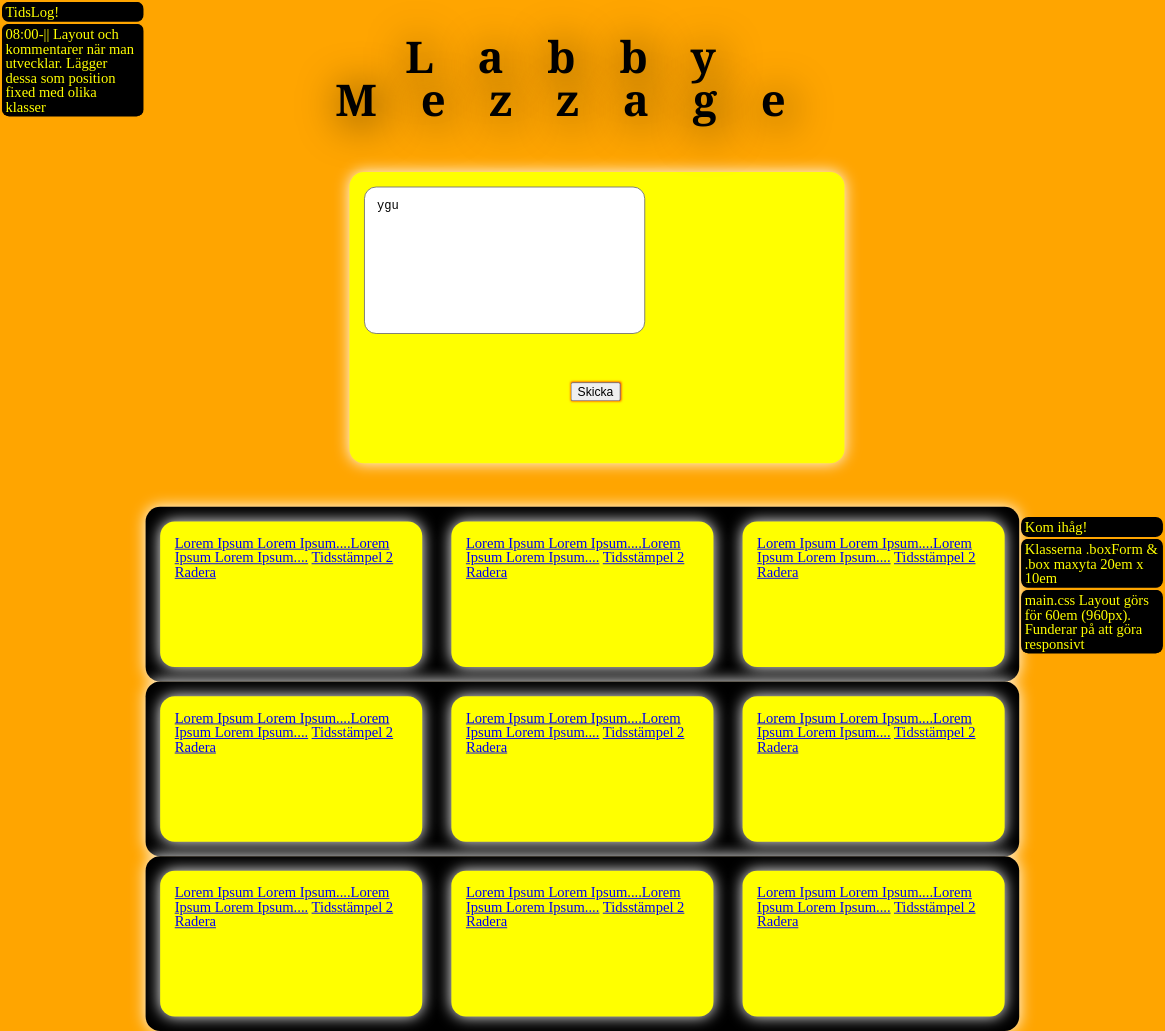
Repository: AndreasAnemyrLNU/1dv403-laborationer-AA223IG
Page: 2-labbymezzage/index.html
The author's editor kept a record of every edit. The page is drawn from the files as they stood at one moment, then again after the next edit.
The browser window is 1280 px wide. The pictures show the whole page, at 91% of full size.

Above is the page before.

### 2-labbymezzage/index.html
<!DOCTYPE html>
<html lang="sv">
    <head>
        <link rel="stylesheet" href="css/main.css" type="text/css" />
        <meta charset="utf-8">
    </head>
    <body>
<!--******************************************************************************************-->
<!--******************************************************************************************-->
        <div class="z fixedRight fixedBottom">
            <p>Kom ihåg!</p>
            <p>Klasserna .boxForm & .box maxyta 20em x 10em</p>
            <p>main.css Layout görs för 60em (960px). Funderar på att göra responsivt</p>
        </div>

        <div class="z">
            <p>TidsLog!</p>
            <p>08:00-|| Layout och kommentarer när man utvecklar. Lägger dessa som position fixed med olika klasser</p>
        </div>
<!--******************************************************************************************-->
<!--******************************************************************************************-->

        <div id="Wrapper">

                <h1>Labby Mezzage</h1>

                <div class="formContainer">
                    <div class="boxForm">
                        <form id="messageForm">
                            <textarea>ygu</textarea>
                            <input id="submit" type="submit" value="Skicka"/>
                        </form>
                    </div>
                </div>

                <div class="messageBoard">

                    <div class="messageContainer">

                        <div class="box">
                            <article class="message">
                                <a class="message block" href="#">Lorem Ipsum Lorem Ipsum....Lorem Ipsum Lorem Ipsum....</a>
                                <a href="#">Tidsstämpel 2 </a><a href="#">Radera</a>
                            </article>
                        </div>

                        <div class="box">
                            <article class="message">
                                <a class="message block" href="#">Lorem Ipsum Lorem Ipsum....Lorem Ipsum Lorem Ipsum....</a>
                                <a href="#">Tidsstämpel 2 </a><a href="#">Radera</a>
                            </article>
                        </div>

                        <div class="box">
                            <article class="message">
                                <a class="message block" href="#">Lorem Ipsum Lorem Ipsum....Lorem Ipsum Lorem Ipsum....</a>
                                <a href="#">Tidsstämpel 2 </a><a href="#">Radera</a>
                            </article>
                        </div>

                    </div>

                    <div class="messageContainer">

                        <div class="box">
                            <article class="message">
                                <a class="message block" href="#">Lorem Ipsum Lorem Ipsum....Lorem Ipsum Lorem Ipsum....</a>
                                <a href="#">Tidsstämpel 2 </a><a href="#">Radera</a>
                            </article>
                        </div>

                        <div class="box">
                            <article class="message">
                                <a class="message block" href="#">Lorem Ipsum Lorem Ipsum....Lorem Ipsum Lorem Ipsum....</a>
                                <a href="#">Tidsstämpel 2 </a><a href="#">Radera</a>
                            </article>
                        </div>

                        <div class="box">
                            <article class="message">
                                <a class="message block" href="#">Lorem Ipsum Lorem Ipsum....Lorem Ipsum Lorem Ipsum....</a>
                                <a href="#">Tidsstämpel 2 </a><a href="#">Radera</a>
                            </article>
                        </div>

                    </div>

                    <div class="messageContainer">

                        <div class="box">
                            <article class="message">
                                <a class="message block" href="#">Lorem Ipsum Lorem Ipsum....Lorem Ipsum Lorem Ipsum....</a>
                                <a href="#">Tidsstämpel 2 </a><a href="#">Radera</a>
                            </article>
                        </div>

                        <div class="box">
                            <article class="message">
                                <a class="message block" href="#">Lorem Ipsum Lorem Ipsum....Lorem Ipsum Lorem Ipsum....</a>
                                <a href="#">Tidsstämpel 2 </a><a href="#">Radera</a>
                            </article>
                        </div>

                        <div class="box">
                            <article class="message">
                                <a class="message block" href="#">Lorem Ipsum Lorem Ipsum....Lorem Ipsum Lorem Ipsum....</a>
                                <a href="#">Tidsstämpel 2 </a><a href="#">Radera</a>
                            </article>
                        </div>

                    </div>

                </div>




        </div>

        <!--<script type="text/javascript" src="js/addEvent.js"></script>-->
        <script type="text/javascript" src="js/run.js"></script>
        <script type="text/javascript" src="js/Message.js"></script>
    </body>
</html>

### 2-labbymezzage/css/main.css
/*Optimized for 960px width*/

/*ColorScheme*/


/* http://meyerweb.com/eric/tools/css/reset/
   v2.0 | 20110126
   License: none (public domain)
*/

html, body, div, span, applet, object, iframe,
h1, h2, h3, h4, h5, h6, p, blockquote, pre,
a, abbr, acronym, address, big, cite, code,
del, dfn, em, img, ins, kbd, q, s, samp,
small, strike, strong, sub, sup, tt, var,
b, u, i, center,
dl, dt, dd, ol, ul, li,
fieldset, form, label, legend,
table, caption, tbody, tfoot, thead, tr, th, td,
article, aside, canvas, details, embed,
figure, figcaption, footer, header, hgroup,
menu, nav, output, ruby, section, summary,
time, mark, audio, video {
	margin: 0;
	padding: 0;
	border: 0;
	font-size: 100%;
	font: inherit;
	vertical-align: baseline;
}
/* HTML5 display-role reset for older browsers */
article, aside, details, figcaption, figure,
footer, header, hgroup, menu, nav, section {
	display: block;
}
body {
	line-height: 1;
}
ol, ul {
	list-style: none;
}
blockquote, q {
	quotes: none;
}
blockquote:before, blockquote:after,
q:before, q:after {
	content: '';
	content: none;
}
table {
	border-collapse: collapse;
	border-spacing: 0;
}

/*END OF MEYER'S RESET*/

body{
    background-color:orange;
}

form{
    float: left;
}
h1{
    font-family: georgia;
    font-size: 3em;
    font-weight: 700;
    letter-spacing: 1em;
    padding: .8em;
    text-align: center;
    text-shadow: black .1em .1em 1em;
}
input[type="submit"]{
    box-shadow: red 0 0 .2em;
    clear: both;
    float: left;
    margin: 4em 17em;
}
textarea{
    border-radius: 1em;
    float: left;
    height: 10em;
    overflow:hidden;
    padding: 1em;
    resize: none;
    width: 21em;
}
#Wrapper{
    background-color: orange;
    display: block;
    margin: auto;
    width: 60em;
}
/* height 10em, width 20em */
.box{
    /*border: 0.0625em solid black*/ ;
    border-radius: 1em;
    background-color: yellow;
    box-shadow: white 0 0 1em;
    float: left;
    height: 8em;
    padding: 1em;
    transform: scale(1);
    transition-duration: 2s;
    margin: 1em;
    width: 16em;
}
.box:hover{
    box-shadow: red 0 0 .1250;
    transform: scale(1.05, 1.05);
    transition-duration: .7s;

}
.boxForm{
    /*border: 0.0625em solid black*/ ;
    border-radius: 1em;
    background-color: yellow;
    box-shadow: white 0 0 1em;
    float: left;
    height: 18em;
    padding: 1em;
    transition-duration: .7s;
    margin: 1em 0 3em 0;
    width: 32em;
}
.fixedBottom{
    bottom: 0;
}
.fixedRight{
    right: 0;
}
.messageBoard{
    display: block;
    clear: both;
}
.formContainer{
    margin: auto;
    width: 32em;
}
.messageContainer{
    background-color: black;
    border-radius: 1em;
    box-shadow: white 0 0 1em;
    clear: both;
    overflow: auto;
    transition-duration: 1.5s;
}
.messageContainer:hover{
    box-shadow: white 0 0 0;
    transition-duration: 1.5s;
}

/*Comments for developer*/
.z{
    position: fixed;
    width: 10em;
}
.z p{
    background-color: black;
    border: .1250em solid black;
    border-radius: .5em;
    color: yellow;
    border-bottom: none;
    margin: .1250em;
    padding: .1250em;
}

### 2-labbymezzage/js/run.js
"use strict";


var run = {

    messages:   [],

    init:       function(){


    var submit = document.getElementById("submit");
    submit.addEventListener("click", run.createMessage, false);
    },

    createMessage:  function(){
    run.messages.push(new Message( document.getElementById("messageInputArea").value , new Date()));
    console.log(run.messages[0].toString());
    },

};

window.onload = run.init;

### 2-labbymezzage/js/Message.js
"use strict";

//Start - Message constructor***************************\\

function Message(message, date){

    this.getText = function(){
        return message;
    };

    this.setText = function (_text){
        message = _text;
    };

    this.getDate = function(){
        return date;
    };

    this.setDate = function (_date){
        message = _date;
    };



}

//*****************************Message constructor - End\\
//******************************************************\\
//Start - Message.prototype*****************************\\

Message.prototype.toString = function(){
    return this.getText()+" ("+this.getDate()+")";
};

Message.prototype.HTMLText = function(){
    alert("getHTMLText in Message not implemented!");
};

//***********************Start - Message.prototype - End\\

After the next edit:
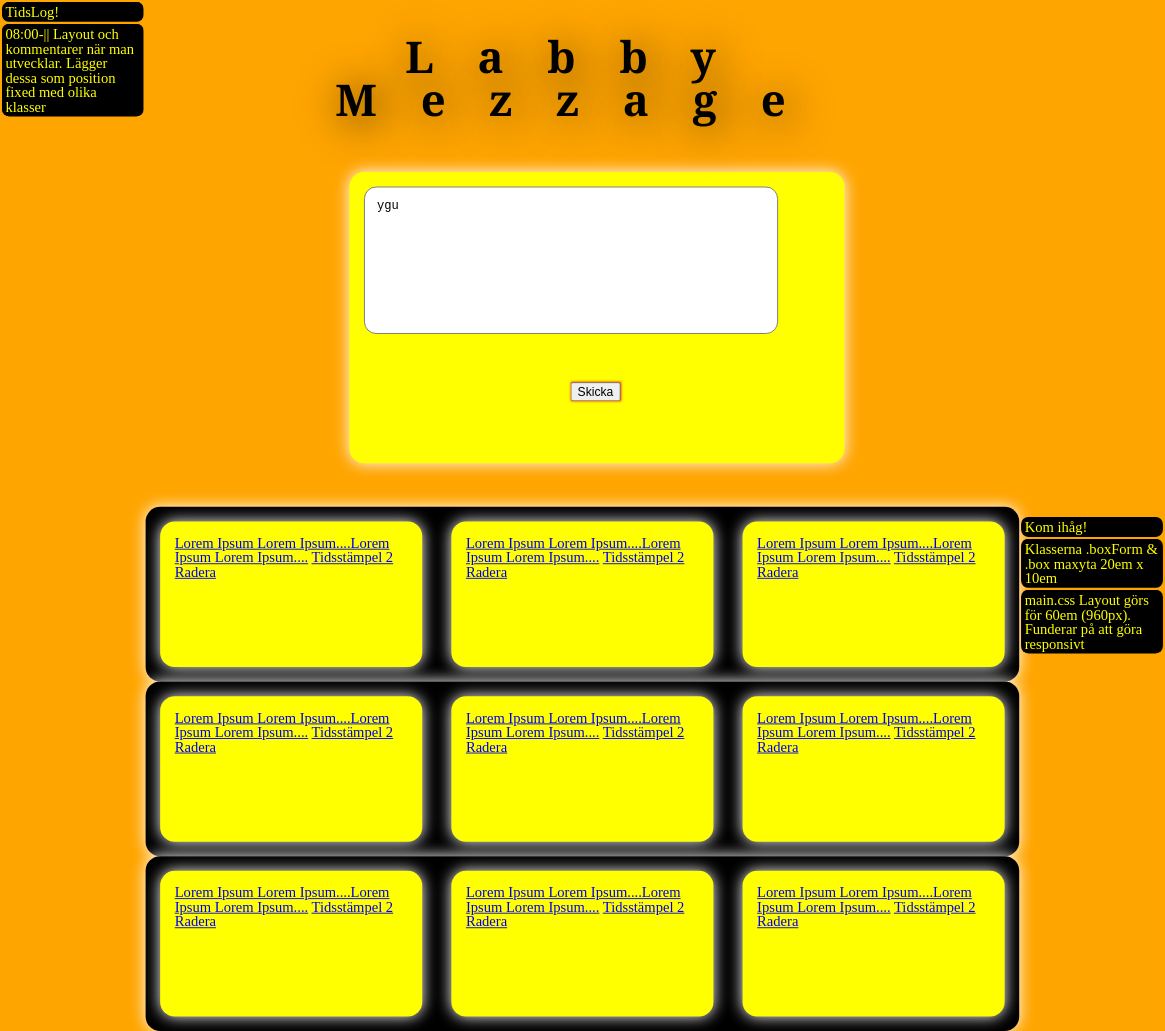
The edit:
--- a/2-labbymezzage/css/main.css
+++ b/2-labbymezzage/css/main.css
@@ -83,7 +83,7 @@
     overflow:hidden;
     padding: 1em;
     resize: none;
-    width: 21em;
+    width: 32em;
 }
 #Wrapper{
     background-color: orange;
